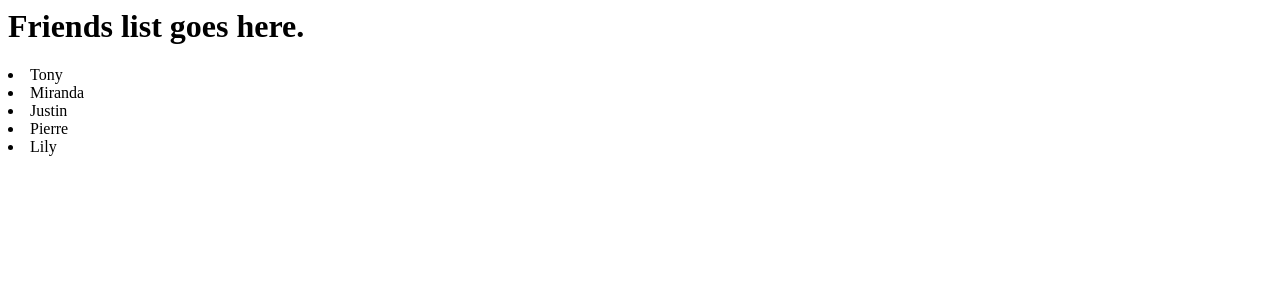
Repository: Frosslund/WebDevBootcampColtSteele
Page: http://localhost/friends
The author's editor kept a record of every edit. The page is drawn from the files as they stood at one moment, then again after the next edit.
The browser window is 1280 px wide. The pictures show the whole page.
The page is served by the project's Node server (MoreExpress/PostRequestDemo/app.js).

Above is the page before.

After the next edit:
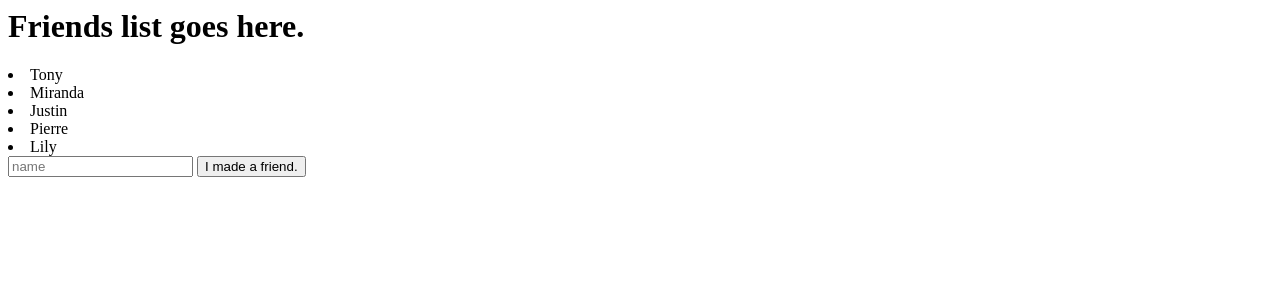
The edit:
--- a/MoreExpress/PostRequestDemo/views/friends.ejs
+++ b/MoreExpress/PostRequestDemo/views/friends.ejs
@@ -4,6 +4,7 @@
     <li><%= friend %></li>
 <% }); %>
 
-<form>
-
+<form action="/addFriend" method="POST">
+    <input type="text" name="newFriend" placeholder="name">
+    <button>I made a friend.</button>
 </form>
